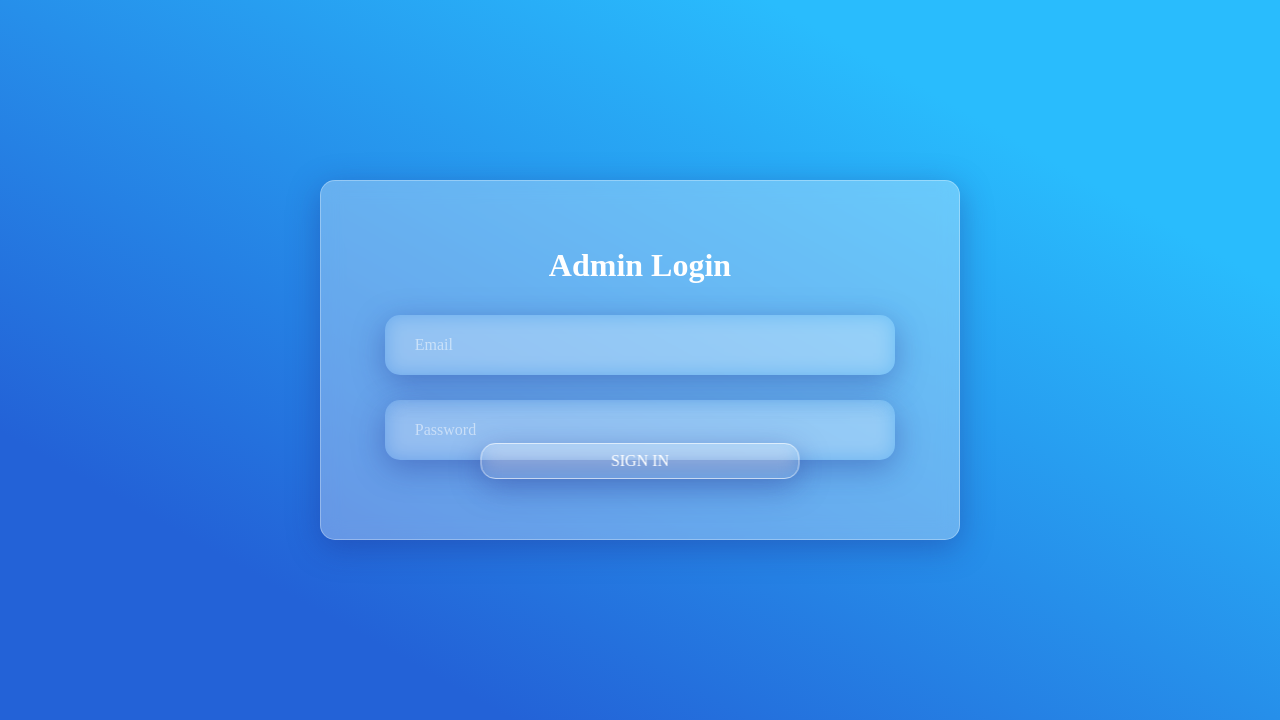
Repository: LEEYONGJUN3068/cms
Page: /login
These files come from the project's save history. The page is drawn as it stood at one moment and after the next save; the edit follows.
The browser window is 1280 px wide. The pictures show the whole page.
The page's requests for data from a server got no answer. The project was rebuilt for these pictures with package versions that can differ from the ones it lists, and the page was loaded fresh each time. The framework's server and built-in components were replaced by stand-ins that run in the browser. No one was signed in, and anything a server would have sent is missing. Also part of the build but not shown: next.config.mjs.

Above is the page before, as saved 2025-09-23 15:19:47.

After the next save:
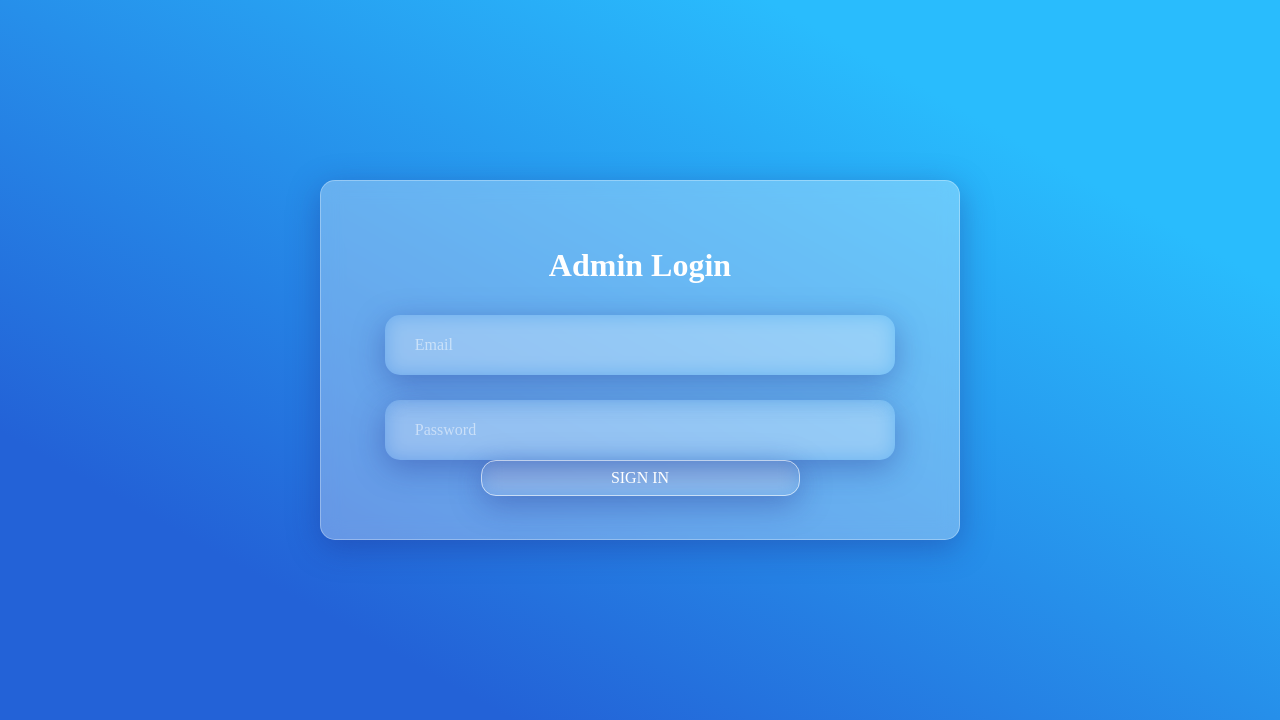
Saved 48 s later.
--- a/src/app/login/login.module.scss
+++ b/src/app/login/login.module.scss
@@ -53,10 +53,6 @@
         }
 
         .loginBtn{
-            position: absolute;
-            left: 50%;
-            bottom: clamp(0px, 5vw, 60px);
-            transform: translateX(-50%);
             display: flex;
             align-items: center;
             justify-content: center;
